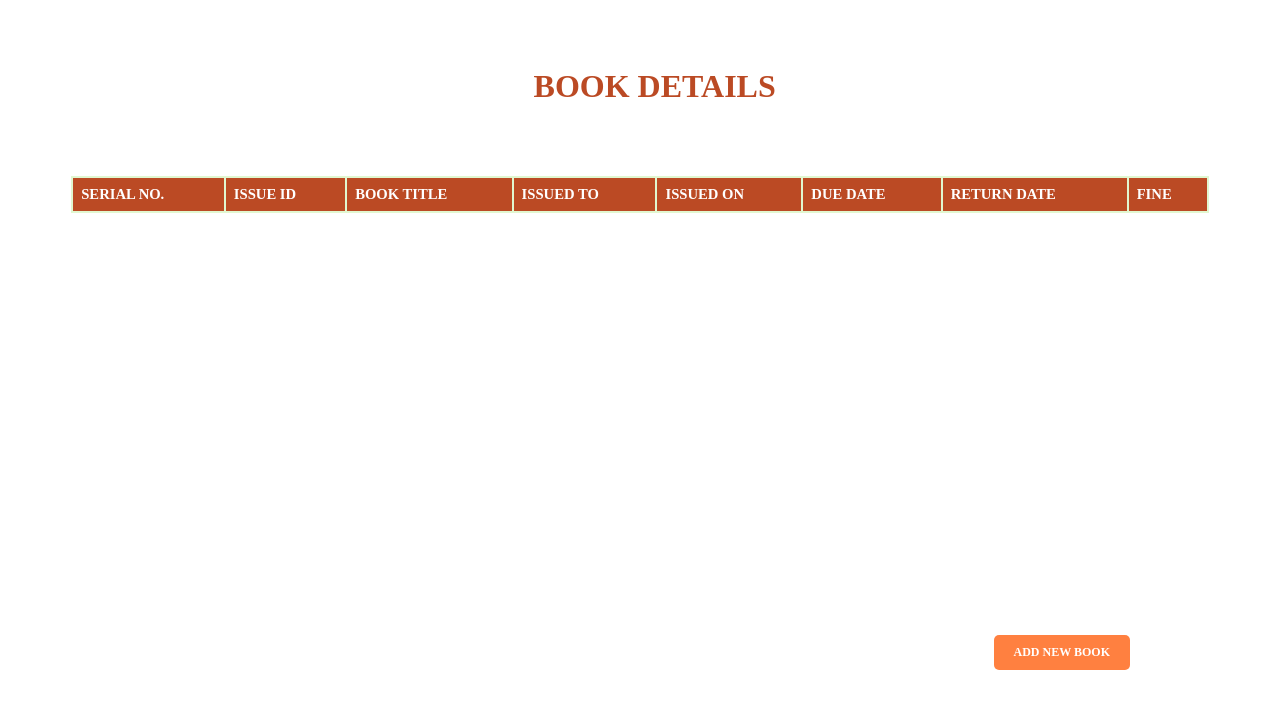
Repository: devikrishna908/RURAL-LIBRARY-MANAGEMENT
Page: http://localhost/library-management/WEB-INF/jsp/admin-statistics.jsp
The author's editor kept a copy of each file at every save. The page is drawn from the files as they stood at one save, then again after the next save.
The browser window is 1280 px wide. The pictures show the whole page.
The page is served by Tomcat 9. Nobody is signed in. Other server files are loaded and not shown. The template is opened directly, without the code that normally fills it, so the values that code supplies are empty.

Above is the page before, as saved 2024-05-27 16:03:09.

### library-management/src/main/webapp/WEB-INF/jsp/admin-statistics.jsp
<%@ page language="java" contentType="text/html; charset=ISO-8859-1"
    pageEncoding="ISO-8859-1"%>
<%@ taglib prefix="form" uri="http://www.springframework.org/tags/form"%>
<%@ taglib prefix="c" uri="http://java.sun.com/jsp/jstl/core"%>

<!DOCTYPE html>
<html>
<head>
<meta charset="ISO-8859-1">
<title>Books</title>
<link rel="stylesheet" href="css/admin-books.css">
<script>
	function redirectToNewPage() {
		window.location.href = "/new-book";
	}
	function confirmDelete(bookId) {
        if (confirm("Are you sure you want to delete this Book?")) {
            window.location.href = "/delete-book?id=" + bookId;
        }
    }
</script>
</head>
<body>
	<div class="services-container">
		<h1 class="services">BOOK DETAILS</h1>
	</div>
	<table border="1">
		<tr>
			<th>SERIAL NO.</th>
			<th>ISSUE ID</th>
			<th>BOOK TITLE</th>
			<th>ISSUED TO</th>
			<th>ISSUED ON</th>
			<th>DUE DATE</th>
			<th>RETURN DATE</th>
			<th>FINE</th>
		</tr>

        <c:forEach var="issue" items="${issueList}" varStatus="status">
            <tr>
            	<td>${status.index + 1}</td>
                <td>${book.book_id}</td>
                <td>${book.bookTitle}</td>
                <td>${book.author}</td>
                <td>${book.category}</td>
                <td>${book.language}</td>
                <td>${book.publication}</td>
                <td>${book.price}</td>
                <td>${book.totalCopies}</td>
            </tr>
        </c:forEach>
     </table>
	<button class="add-button" onclick="redirectToNewPage()">ADD NEW BOOK</button>
</body>
</html>

### library-management/src/main/resources/static/css/admin-books.css

img {
	height: 600px;
	width: 600px;
}

.service-img {
	height: 200px;
	width: 200px;
}

.center {
	text-align: center;
	margin-top: 80px;
	margin-right: 30px;
}

h1 {
	margin-top: 60px;
	margin-left: 20px;
	text-align: center;
	font-family: serif;
	color: rgb(187, 74, 36);
}
h2 {
	margin:0 auto;
	text-align: center;
	font-family: serif;
	color: rgb(187, 74, 36);

}

.add-button {
        position: fixed;
        bottom: 50px;
        right: 150px;
        padding: 10px 20px;
        background-color: rgb(255, 128, 64);
        color: white;
        border: none;
        font-family:serif;
        font-weight:bold;
        border-radius: 5px;
        cursor: pointer;
        font-size: 12px;
        text-align: center;
        text-decoration: none;
        outline: none;
    }
.services {
	text-align: center;
}

.services-container {
	display: flex;
	align-items: center;
	text-align: center;
	margin-left: 40%;
	margin-bottom: 50px;
}

.image-container {
	margin-left: 350px;
}

table {
	margin-top:100px;
	margin: auto; /* Align table to the center */
	border-collapse: collapse;
	width: 90%; /* Adjust table width as needed */
}

th, td {
	padding: 8px; /* Add padding for better appearance */
	border: 2px solid #e1f7d0; /* Add border for better visibility */
	text-align: left;
}
td{
	font-size: 10pt;
	font-family: serif;
}
th {
	background-color: rgb(187, 74, 36);
	color:white;
	font-family: serif;
	font-size: 11pt;
}

After the next save:
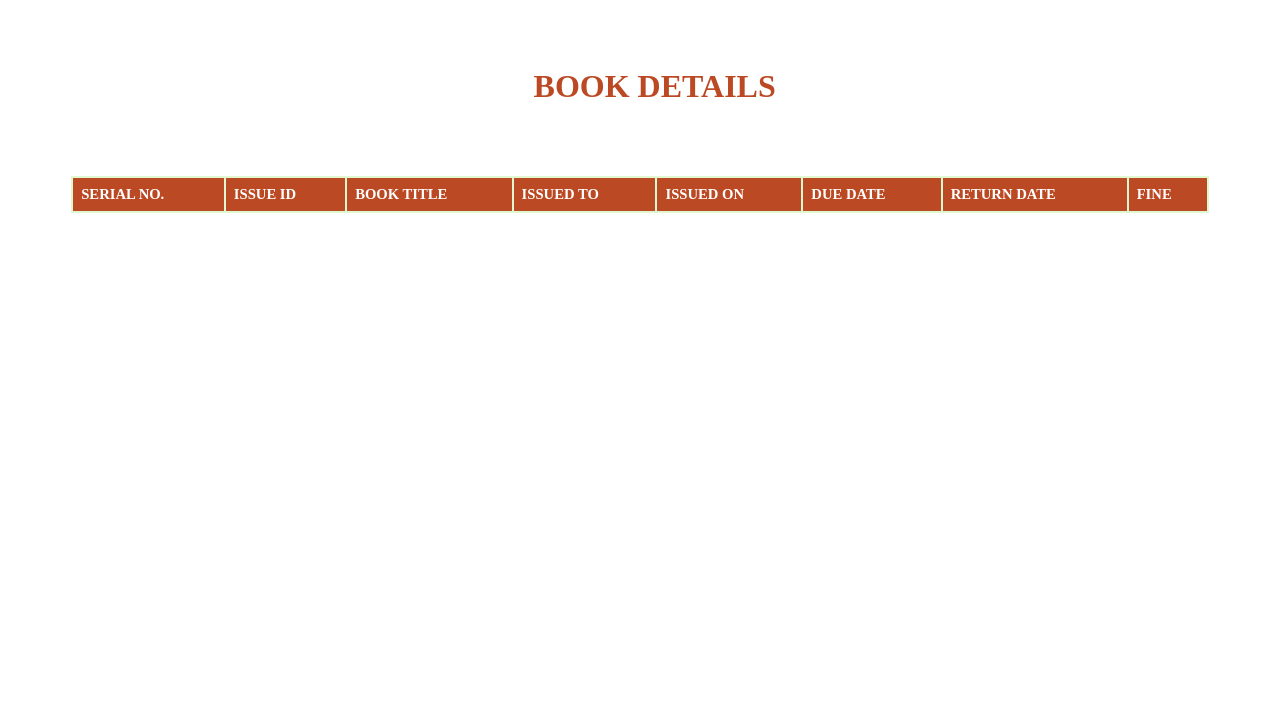
Saved 15 s later.
--- a/library-management/src/main/webapp/WEB-INF/jsp/admin-statistics.jsp
+++ b/library-management/src/main/webapp/WEB-INF/jsp/admin-statistics.jsp
@@ -50,6 +50,5 @@
             </tr>
         </c:forEach>
      </table>
-	<button class="add-button" onclick="redirectToNewPage()">ADD NEW BOOK</button>
 </body>
 </html>
